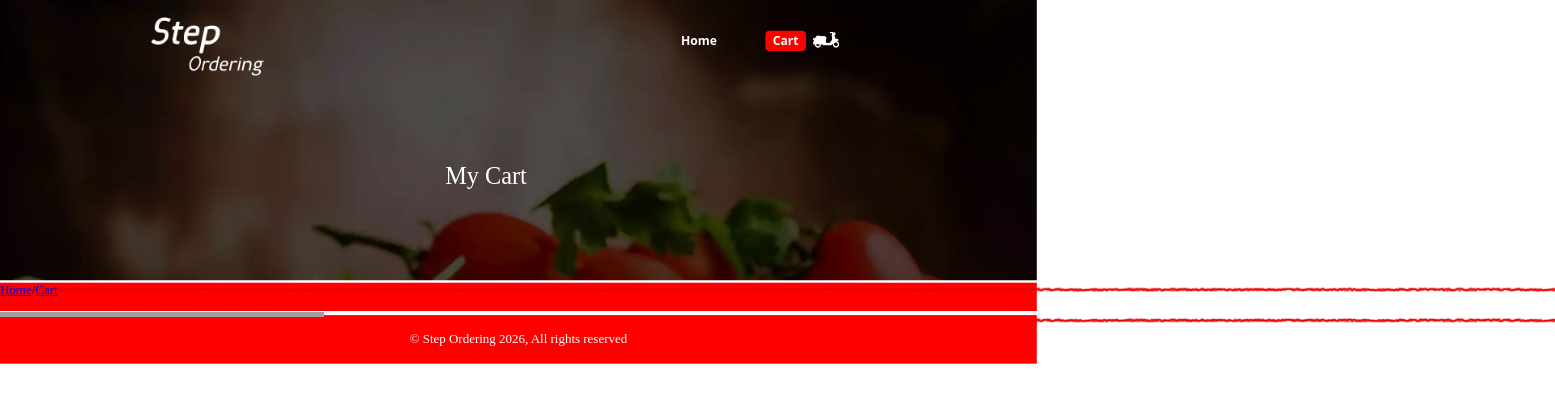
Repository: anastasia29-step/OnlineRestaurant
Page: Cart.html
An editor plug-in stored every save of this project. The page is shown before and after the next save, followed by the edit.
The browser window is 1280 px wide. The page is 1920 px wide, so the pictures cover 1920 px, including what lies to the right of the window. The pictures show the whole page, at 81% of full size.
Pictures or frames that could not be fetched are drawn as grey boxes.

Above is the page before, as saved 2026-03-11 20:30:26.

After the next save:
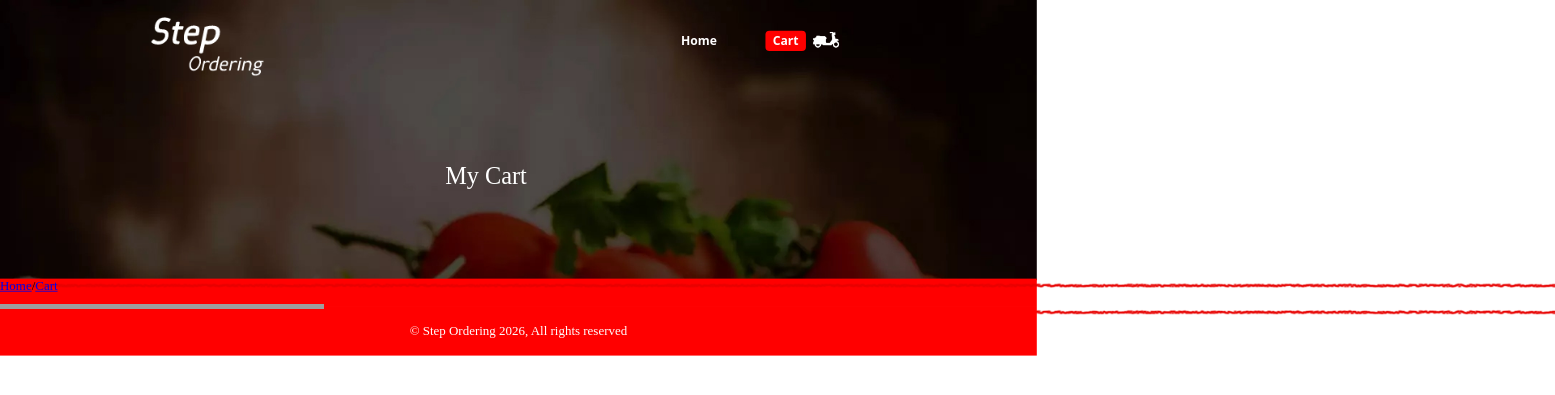
Saved 8 s later.
--- a/cart.css
+++ b/cart.css
@@ -15,4 +15,5 @@
 .fisrtimg {
     width: 100%;
     height: 5px;
+    margin-top: -5px;
 }
